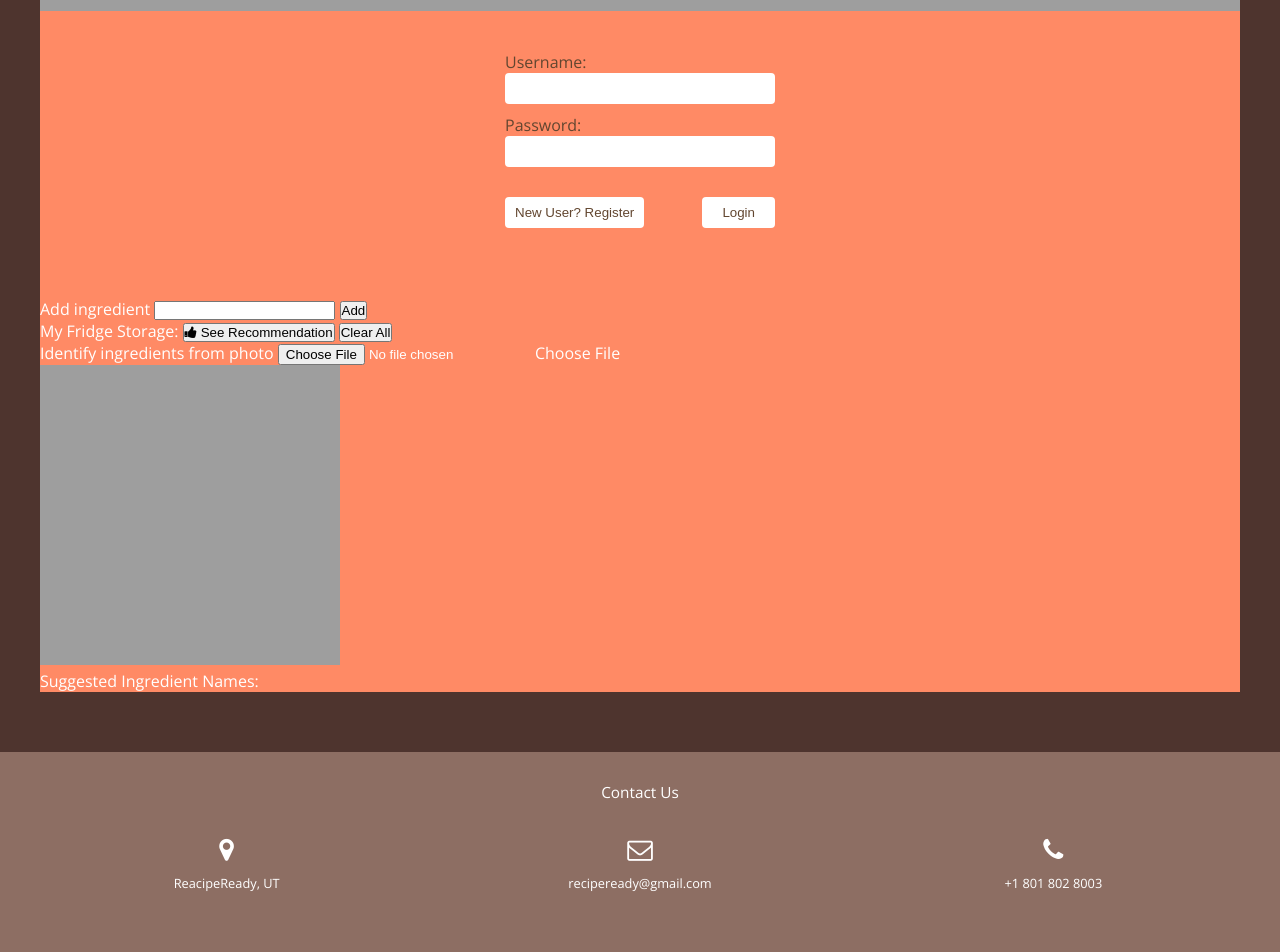
Repository: qianhuiwei/RecipeReady
Page: http://localhost/capstone/
An editor plug-in stored every save of this project. The page is shown before and after the next save, followed by the edit.
The browser window is 1280 px wide. The pictures show the part of the page from y = 299 to 1251 px (the page is 1251 px tall).
Pictures or frames that could not be fetched are drawn as grey boxes. Some web libraries are served in a nearby version. The page is served by Tomcat 9. Other server files are loaded and not shown.

Above is the page before, as saved 2020-10-29 16:01:32.

### eclipse-workspace-capstone/capstone/src/main/webapp/index.html
<!DOCTYPE html>
<html>
<head>
<meta charset="UTF-8">
<meta name="description" content="Item Recommendation">
<meta name="author" content="Qian-Hui Wei">
<title>Recipe Recommendation</title>
<!-- google font-->
<link
	href='https://fonts.googleapis.com/css?family=Open+Sans:400,300,700'
	rel='stylesheet' type='text/css'>
<!-- icon library-->
<link rel="stylesheet"
	href="https://maxcdn.bootstrapcdn.com/font-awesome/4.5.0/css/font-awesome.min.css">
<link rel="stylesheet" href="styles/main.css">
</head>

<body>
	<header class="top-header">
		<nav class="top-nav">
			<a class="header-mark" href="#">RecipeReady</a>
			<!-- <a href="#">About</a> -->
			<a href="#" id="recipe-btn">Recipes</a> <a href="#" id="fridge-btn">My
				Fridge</a>

			<!-- 	<a href="#">Follow Us</a>
				<i id="instagram" class="fab fa fa-instagram"></i>
				<i id="twitter" class="fab fa fa-twitter"></i>
				<i id="facebook" class="fab fa fa-facebook"></i> -->
		</nav>
		<span id="welcome-msg"></span> <a id="logout-link" href="logout">Logout</a>
		<i id="avatar" class="avatar fa fa-user fa-2x"></i>
	</header>

	<div class="container">
		<header>
			<img id="header-img">
		</header>
		<section class="main-section">
			<div id="login-form">
				<label for="username">Username:</label> <input id="username"
					name="username" type="text"> <label for="password">Password:</label>
				<input id="password" name="password" type="password">
				<button id="register-form-btn">New User? Register</button>
				<button id="login-btn">Login</button>
				<p id="login-error"></p>
			</div>

			<div id="register-form">
				<label for="username">Username: *</label> <input
					id="register-username" name="username" type="text"> <label
					for="password">Password: *</label> <input id="register-password"
					name="password" type="password"> <label for="first-name">First
					Name: *</label> <input id="register-first-name" name="first-name"
					type="text"> <label for="last-name">Last Name: *</label> <input
					id="register-last-name" name="last-name" type="text">
				<button id="login-form-btn">Back to Login</button>
				<button id="register-btn">Register</button>
				<p id="register-result"></p>
			</div>

			<aside id="item-nav">
				<nav class="main-nav">
					<a href="#" id="inspire-btn" class="main-nav-btn"> <i
						class="fa fa-lightbulb-o"></i> Inspiration
					</a>
					<a href="#" id="recommend-btn" class="main-nav-btn"> <i
						class="fa fa-thumbs-up"></i> Recommendation
					</a> <a href="#" id="fav-btn" class="main-nav-btn"> <i
						class="fa fa-heart"></i> My Favorites
					</a>
				</nav>
			</aside>

			<ul id="item-list">
				<li class="item"><img alt="item image"
					src="https://s3-media3.fl.yelpcdn.com/bphoto/EmBj4qlyQaGd9Q4oXEhEeQ/ms.jpg" />
					<div>
						<a class="item-name" href="#">Item</a>
					</div>
					<div class="fav-link">
						<i class="fa fa-heart"></i>
					</div></li>
			</ul>

			<div id="fridge-section">
				<ul>
					<li class="add-option">
						<div id="add-option-1">
							<label>Add ingredient</label> <input id="add-fridge-item"
								name="add" type="text">
							<button id="add-fridge-btn">Add</button>
							<div id="fridge-item-container">
								<span id="storage-label">My Fridge Storage:</span>
								<button id="see-recommend-btn">
									<i class="fa fa-thumbs-up"></i> See Recommendation
								</button>
								<button id="clear-fridge-btn">Clear All</button>
								<p id="load-fridge-msg"></p>
								<ul id="fridge-item-list"></ul>
							</div>
						</div>
						<div id="add-option-2">
							<label>Identify ingredients from photo</label> <label
								class="custom-file-upload"> <input id="input-file"
								type="file" /> Choose File
							</label>

							<div id="result-container">
								<ul>
									<li class=loading-section>
										<div id="img-container">
											<img
												src="https://cdn1.iconfinder.com/data/icons/linkedin-ui-glyph/48/Sed-16-256.png"
												id=img height="300" width="300">
										</div>
										<div id="load-img-msg"></div>
									</li>
								</ul>

								<!-- <button id="add-label-btn">Add All</button> -->
								<p id="label-label">Suggested Ingredient Names:</p>
								<div id="label-container">
									<ul>
										<li class="label-item-list">
											<div id="label-item-list-1"></div>
											<div id="label-item-list-2"></div>
											<div id="label-item-list-3"></div>
										</li>
									</ul>
								</div>
							</div>
						</div>
					</li>
				</ul>
			</div>
		</section>
	</div>

	<footer>
		<p class="title">Contact Us</p>
		<ul>
			<li>
				<p>
					<i class="fa fa-map-marker fa-2x"></i>
				</p>
				<p>ReacipeReady, UT</p>
			</li>
			<li>
				<p>
					<i class="fa fa-envelope-o fa-2x"></i>
				</p>
				<p>recipeready@gmail.com</p>
			</li>
			<li>
				<p>
					<i class="fa fa-phone fa-2x"></i>
				</p>
				<p>+1 801 802 8003</p>
			</li>
		</ul>
	</footer>

	<!--encryption library-->
	<script
		src="https://rawgit.com/emn178/js-sha256/master/build/sha256.min.js"></script>
	<!-- aws rekognition-->
	<script src="https://sdk.amazonaws.com/js/aws-sdk-2.451.0.min.js"></script>
	<!-- js file source-->
	<script src="scripts/main.js"></script>

### eclipse-workspace-capstone/capstone/src/main/webapp/styles/main.css
* {
	box-sizing: border-box;
	margin: 0;
	padding: 0;
}

body {
	background: #4e342e;
	color: #FFFFFF;
	font-family: 'Open Sans', sans-serif;
	font-weight: 300;
/* 	font-size: 0.9em; */
}

ul {
	list-style: none;
}

/**
 * top header
 */
.top-header {
	align-items: center;
/* 	background: #DF574B; */
	background: #8d6e63;
	box-shadow: 0px 2px 10px #333333;
	display: flex;
	height: 60px;
	position: fixed; /*fixed on the top of the page*/
	top: 0;
	width: 100%;
	z-index: 1;

}

.header-mark {
	font-family: Apple Chancery;
	 font-size: 25px;
}


.avatar {
	background: #FFFFFF;
	border-radius: 50%;
	color: #333C4D;
	height: 40px;
	margin-right: 20px;
    margin-left: 10px;
	padding-left: 9px;
	padding-top: 5px;
	width: 40px;
}

#logout-link {
	padding-left: 10px;
	color: white;
}

/**
 * top navigation
 */
.top-nav {
	flex: 1;
}

.top-nav a {
	color: #F9F9F9;
	font-weight: 400;
	margin-left: 20px;
	text-decoration: none;
}

#welcome-msg {
	border-right: 1px solid #FFFFFF;
	padding-right: 10px;
}

/**
 * main container
 */
.container {
	margin: 60px auto;
	max-width: 1200px;
	min-width: 600px;
}

/**
 * main header
 */
.container>header {
	align-items: center;
	background:
		url('https://media.foxbusiness.com/BrightCove/854081161001/201911/1877/854081161001_6109413165001_6109411483001-vs.jpg')
		no-repeat top;
	background-size: 100%;
	display: flex;
	height: 250px;
}

.container>header p {
	border-left: 1px solid #FFFFFF;
	font-weight: 400;
	font-size: 2em;
	line-height: 1em;
	margin-left: 300px;
	margin-bottom : 100px;
	padding-left: 5px;
}

.container>header span {
	color: #FBAF41;
}

/**
 * login form
 */
#login-form {
	color: #624630;
	margin: 0px auto;
	overflow: auto;
	padding: 40px;
	width: 350px;
}

#login-form label {
	display: block;
	font-weight: 400;
}

#login-form input {
	border: none;
	border-radius: 4px;
	display: block;
	margin-bottom: 10px;
	padding: 8px;
	width: 100%;
}

#login-form #login-btn {
/* 	background-color: #DF574B; */
    background-color: white;
	border: none;
	color: #624630;
	border-radius: 4px;
	cursor: pointer;
	float: right;
	padding: 8px 20px;
	text-align: right;
	margin-top: 20px;
}

#login-form #register-form-btn {
/* 	background-color: #DF574B; */
	background-color: white;
	border: none;
	color: #624630;
	border-radius: 4px;
	cursor: pointer;
	float: left;
	padding: 8px 10px;
	text-align: left;
	margin-top: 20px;
}

#login-error {
	clear: both;
	color: #990000;
	padding-top: 30px;
	font-weight: 400;
}

/**
 * register form
 */
#register-form {
	color: #624630;
	margin: 0px auto;
	overflow: auto;
	padding: 40px;
	width: 350px;
}

#register-form label {
	display: block;
	font-weight: 400;
}

#register-form input {
	border: none;
	border-radius: 4px;
	display: block;
	margin-bottom: 10px;
	padding: 8px;
	width: 100%;
}

#register-form #login-form-btn {
/* 	background-color: #DF574B; */
	background-color: white;
	border: none;
	color: #624630;
    border-radius: 4px;
	cursor: pointer;
	float: left;
	padding: 8px 10px;
	text-align: left;
	margin-top: 20px;
}

#register-form #register-btn {
	/* background-color: #DF574B; */
	background-color: white;
	border: none;
	color: #624630;
	border-radius: 4px;
	cursor: pointer;
	float: right;
	padding: 8px 20px;
	text-align: right;
	margin-top: 20px;
}

#register-result {
	clear: both;
	color: #990000;
	padding-top: 10px;
}

/**
 * main section
 */
.main-section {
/* 	background: #F3BB43; */
/* 	background: #ff9999; */
	background: #ff8a65;
/* 	background: #ffab91; */
/*    background: #e57373; */
}

/**
 * aside
 */
#item-nav {
	float: left;
	width: 200px;
}

.nav-icon {
	color: #624630;
	padding: 20px;
	text-align: center;
}

/**
 * main navigation
 */
.main-nav-btn {
	background: none;
/* 	border-top: 1px solid #FFFFFF; */
	border-bottom: 1px solid #FFFFFF;
	color: #FFFFFF;
	display: block;
	padding: 20px;
	text-align: left;
	text-decoration: none;
}

.main-nav-btn:hover {
    background: rgba(255, 255, 255, 0.8);
    background: #d7ccc8;
	background: #fbe9e7;
    background: #ffebee;
	color: #624630;
}

.main-nav-btn.active {
	background: #F2EBD9;
	background: #fbe9e7;
	color: #624630;
}

.main-nav-btn i {
	width: 20px;
}

/**
 * item list
 */
#item-list {
/* 	background: #F2EBD9; */
	background: #fbe9e7;
 /*    background: #ffebee; */
	color: #624630;
	list-style: none;
	margin-left: 200px;
	min-height: 600px;
	padding: 10px;
}

#item-list .notice {
	font-size: 16px;
	padding: 60px;
	text-align: center;
}


/**
 * item
 */
.item {
	align-items: center;
	border-bottom: 1px solid #FFFFFF;
	display: flex;
	margin: 10px;
	padding: 15px;
	transition: background-color 100ms linear;
}

.item:last-child {
	border: none;
}

.item:hover {
	background: rgba(255, 255, 255, 0.8);
	transition: background-color 100ms linear;
}

.item img {
	/* border: 1px solid #FFFFFF; */
	height: 120px;
	width: 160px;
}

.item>div:first-of-type {
	flex: 1;
	margin-left: 10px;
	margin-right: 10px;
}

.item-name {
	color: #624630;
	font-weight: 400;
	text-decoration: none;
}

.item-name:hover {
	text-decoration: underline;
}

.fav-link {
	border-left: 1px solid #FFFFFF;
	cursor: pointer;
	line-height: 60px;
	text-align: center;
	width: 60px;
}

.fav-link:hover {
	color: #F13F3F;
}

#ingredient-list {
/* 	background: #F2EBD9; */
	background: #fbe9e7;
 /*    background: #ffebee; */
	color: #624630;
	list-style: none;
	margin-left: 200px;
	min-height: 600px;
	padding: 10px;
}

/**
 * footer section
 */
footer {
	font-size: 0.8em;
	height: 200px;
	position: relative;
	background: #8d6e63;
}

footer p {
	text-align: center;
}

footer p.title {
	font-size: 1.2em;
	padding-top: 30px;
	padding-bottom: 10px;
}

footer ul {
	align-items: center;
	display: flex;
	padding: 20px;
}

footer ul li {
	flex: 1;
}

footer ul li p {
	padding: 5px;
}

### eclipse-workspace-capstone/capstone/src/main/java/rpc/Login.java
package rpc;

import java.io.IOException;
import javax.servlet.ServletException;
import javax.servlet.http.HttpServlet;
import javax.servlet.http.HttpServletRequest;
import javax.servlet.http.HttpServletResponse;
import javax.servlet.http.HttpSession;

import org.apache.commons.io.IOUtils;
import org.json.JSONObject;

import db.MySQLConnection;

/**
 * Servlet implementation class Login
 */
public class Login extends HttpServlet {
	private static final long serialVersionUID = 1L;

	/**
	 * @see HttpServlet#HttpServlet()
	 */
	public Login() {
		super();
		// TODO Auto-generated constructor stub
	}

	/**
	 * @see HttpServlet#doGet(HttpServletRequest request, HttpServletResponse
	 *      response)
	 */
	protected void doGet(HttpServletRequest request, HttpServletResponse response)
			throws ServletException, IOException {

		// FOR TESTING
		HttpSession session = request.getSession(false);
		JSONObject obj = new JSONObject();

		if (session != null) {
			MySQLConnection connection = new MySQLConnection();
			String userId = session.getAttribute("user_id").toString();
			obj.put("status", "OK").put("user_id", userId).put("name", connection.getFullname(userId));
			connection.close();
		} else {
			obj.put("status", "Invalid Session"); // after logout, no existing session
			response.setStatus(403);
		}

		RpcHelper.writeJsonObject(response, obj);
	}

	/**
	 * @see HttpServlet#doPost(HttpServletRequest request, HttpServletResponse
	 *      response)
	 */
	protected void doPost(HttpServletRequest request, HttpServletResponse response)
			throws ServletException, IOException {

		JSONObject input = new JSONObject(IOUtils.toString(request.getReader()));
		String userId = input.getString("user_id");
		String password = input.getString("password");

		MySQLConnection connection = new MySQLConnection();
		JSONObject obj = new JSONObject();

		if (connection.verifyLogin(userId, password)) {
			// create a session if no one exist
			HttpSession session = request.getSession();
			session.setAttribute("user_id", userId);
			obj.put("status", "OK").put("user_id", userId).put("name", connection.getFullname(userId));
		} else {
			obj.put("status", "Login failed, user id and password do not exist.");
			response.setStatus(401);
		}
		connection.close();

		RpcHelper.writeJsonObject(response, obj);
	}

}

### eclipse-workspace-capstone/capstone/src/main/java/rpc/RpcHelper.java
package rpc;

import java.io.IOException;
import java.util.ArrayList;
import java.util.List;

import javax.servlet.http.HttpServletResponse;

import org.json.JSONArray;
import org.json.JSONObject;

import entity.Item;

//---------------------------------
// Utility class for RPC/ RESTful API
//---------------------------------

public class RpcHelper {

	/*
	 * Method to write a JSONArray to RPC response
	 */
	public static void writeJsonArray(HttpServletResponse response, JSONArray array) throws IOException {
		response.setContentType("application/json");
		response.getWriter().print(array);
	}

	/*
	 * Method to write a JSONObject to RPC response
	 */
	public static void writeJsonObject(HttpServletResponse response, JSONObject obj) throws IOException {
		response.setContentType("application/json");
		response.getWriter().print(obj);
	}

	/*
	 * Method to convert a JSONObject to Item Object
	 */
	public static Item parseFavoriteItem(JSONObject favoriteItem) {
		List<Double> amounts = new ArrayList<>();
		List<String> units = new ArrayList<>();
		List<String> ingredients = new ArrayList<>();
		List<String> instructions = new ArrayList<>();

		JSONArray array = favoriteItem.getJSONArray("amounts");
		for (int i = 0; i < array.length(); i++) {
			amounts.add(array.getDouble(i));
		}

		array = favoriteItem.getJSONArray("units");
		for (int i = 0; i < array.length(); i++) {
			units.add(array.getString(i));
		}

		array = favoriteItem.getJSONArray("ingredients");
		for (int i = 0; i < array.length(); i++) {
			ingredients.add(array.getString(i));
		}

		array = favoriteItem.getJSONArray("instructions");
		for (int i = 0; i < array.length(); i++) {
			instructions.add(array.getString(i));
		}

		return Item.builder()
				.itemId(favoriteItem.getInt("item_id"))
				.imageUrl(favoriteItem.getString("image_url"))
				.title(favoriteItem.getString("title"))
				.amounts(amounts)
				.units(units)
				.ingredients(ingredients)
				.instructions(instructions)
				.sourceUrl(favoriteItem.getString("source_url"))
				.build();
	}
}

Loaded but not shown: eclipse-workspace-capstone/capstone/src/main/webapp/scripts/main.js (715 lines, source omitted)

After the next save:
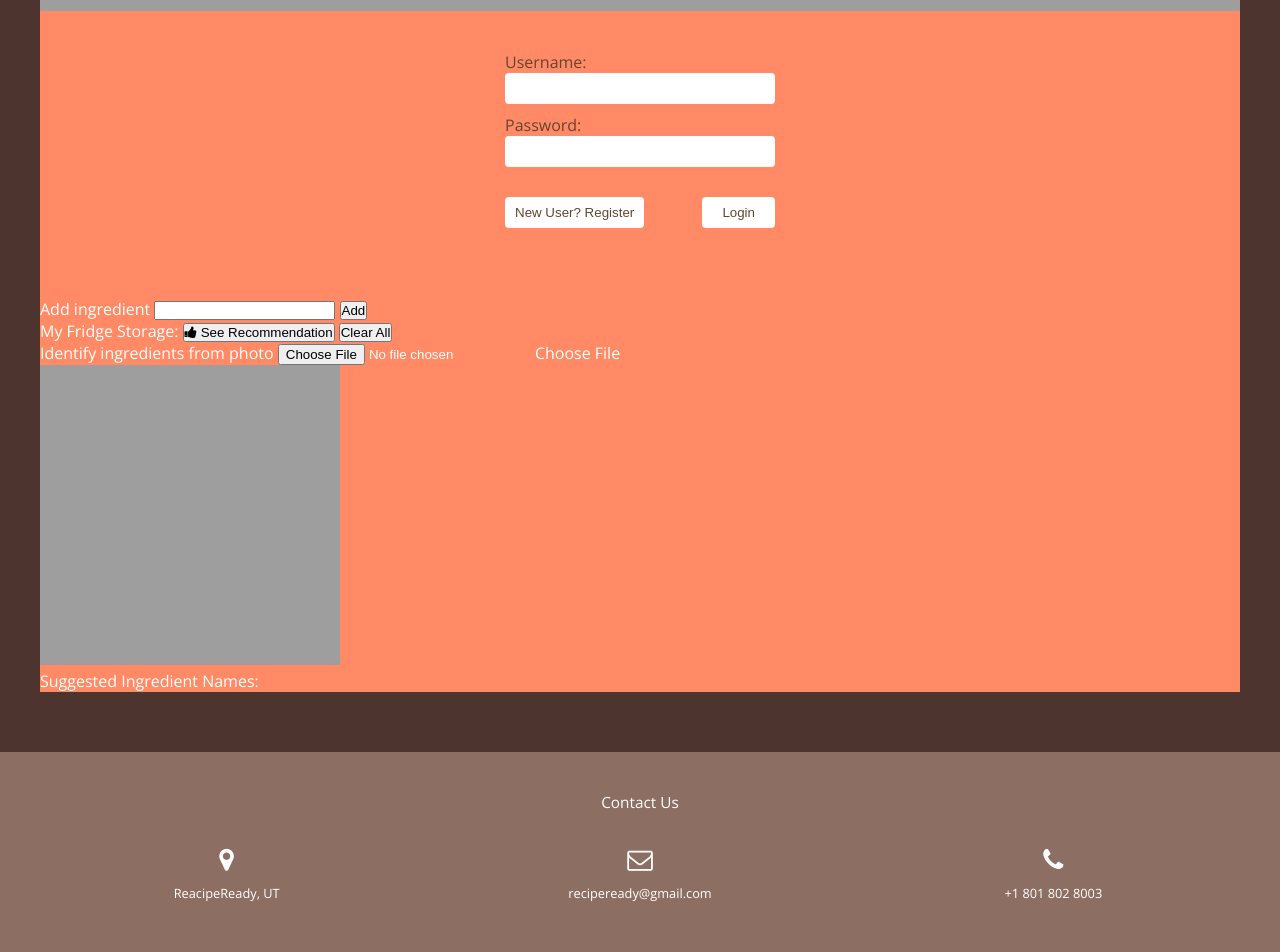
Saved 34 s later.
--- a/eclipse-workspace-capstone/capstone/src/main/webapp/styles/main.css
+++ b/eclipse-workspace-capstone/capstone/src/main/webapp/styles/main.css
@@ -386,7 +386,7 @@ footer p {
 
 footer p.title {
 	font-size: 1.2em;
-	padding-top: 30px;
+	padding-top: 40px;
 	padding-bottom: 10px;
 }
 
